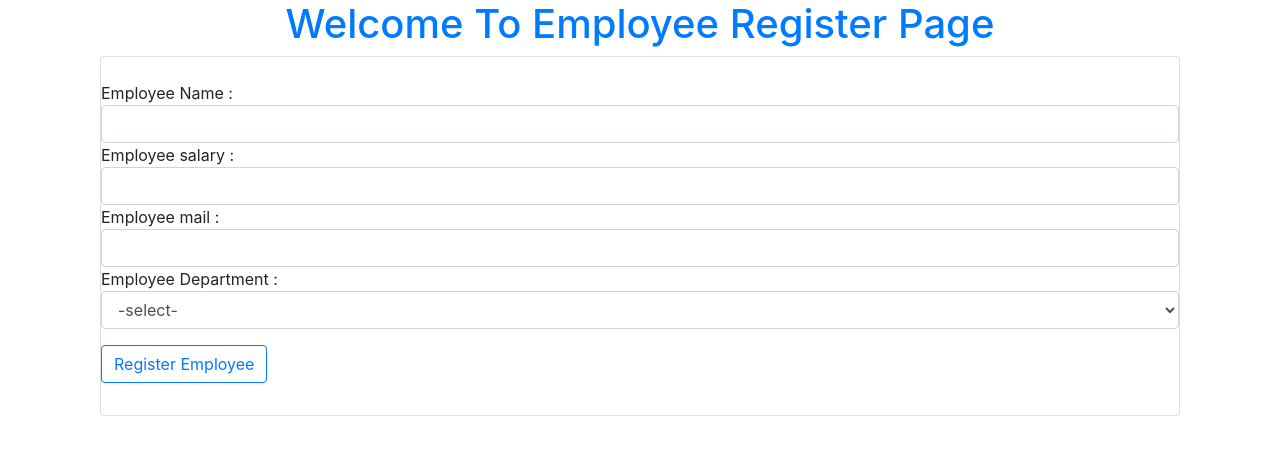
Repository: lokeshsukhwal/EmployeeMiniProject
Page: http://localhost/EmployeeRegister
The author's editor kept a copy of each file at every save. The page is drawn from the files as they stood at one save, then again after the next save.
The browser window is 1280 px wide. The pictures show the whole page.
The page is this project's Thymeleaf template; nobody is signed in. The template is opened directly, without the code that normally fills it, so the values that code supplies are empty.

Above is the page before, as saved 2023-01-18 10:33:28.

### SpringBootMvc-ThymeleafMySqlCrudMiniProject/src/main/resources/templates/EmployeeRegister.html
<!DOCTYPE html>
<html xmlns:th="https://www.thymeleaf.org/">
<head>
<meta charset="ISO-8859-1">
<title>Employee register page</title>
<!-- Latest compiled and minified CSS -->
<link rel="stylesheet" href="https://cdn.jsdelivr.net/npm/bootstrap@4.6.2/dist/css/bootstrap.min.css">
</head>
<body>
<div class="container">
	<h1 class=" text-primary text-center">Welcome To Employee Register Page</h1>
	<div class="container">
		<div class="card">
		<form th:action="@{/employee/save}" method="POST" class="mt-4 form">

			Employee Name : <input type="text" name="empName"class="form-control">

			Employee salary : <input type="text" name="empSalary"class="form-control">

			Employee mail : <input type="email" name="empMail"class="form-control">

			Employee Department : <select name="department" class="form-control">
										<option value="#">-select-</option>
										<option value="dev">DEV</option>
										<option value="ba">BA</option>
										<option value="qa">QA</option>
								  </select>

		<button type="submit" class="btn btn-outline-primary mt-3">Register Employee</button>

		</form>


		<h4 th:text="${message}" class="bg-success text-white mt-4 text-center"></h4>
	</div>
	</div>
	</div>

</body>
</html>

After the next save:
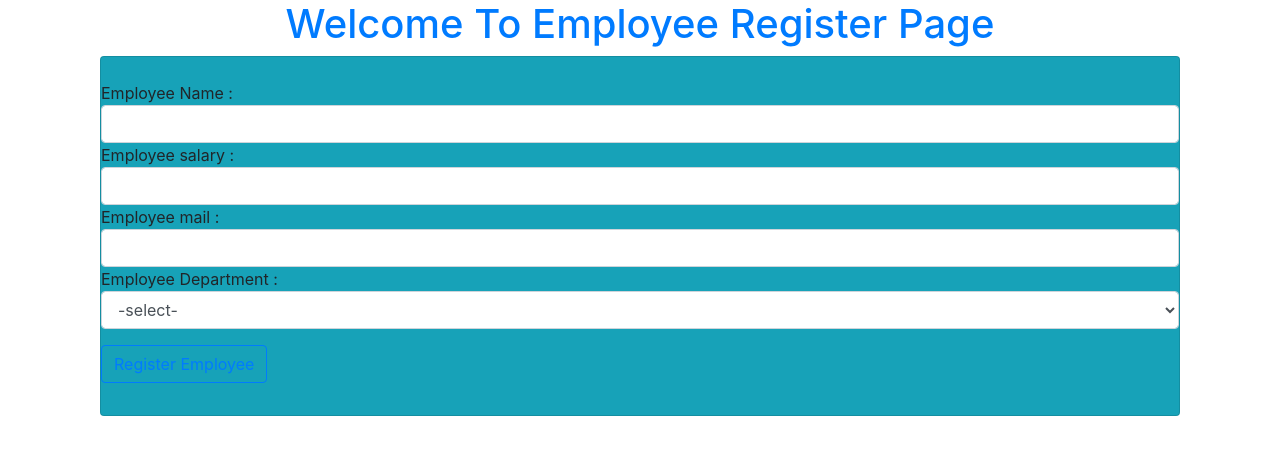
Saved 63 s later.
--- a/SpringBootMvc-ThymeleafMySqlCrudMiniProject/src/main/resources/templates/EmployeeRegister.html
+++ b/SpringBootMvc-ThymeleafMySqlCrudMiniProject/src/main/resources/templates/EmployeeRegister.html
@@ -10,7 +10,7 @@
 <div class="container">
 	<h1 class=" text-primary text-center">Welcome To Employee Register Page</h1>
 	<div class="container">
-		<div class="card">
+		<div class="card bg-info">
 		<form th:action="@{/employee/save}" method="POST" class="mt-4 form">
 
 			Employee Name : <input type="text" name="empName"class="form-control">

After the save that followed:
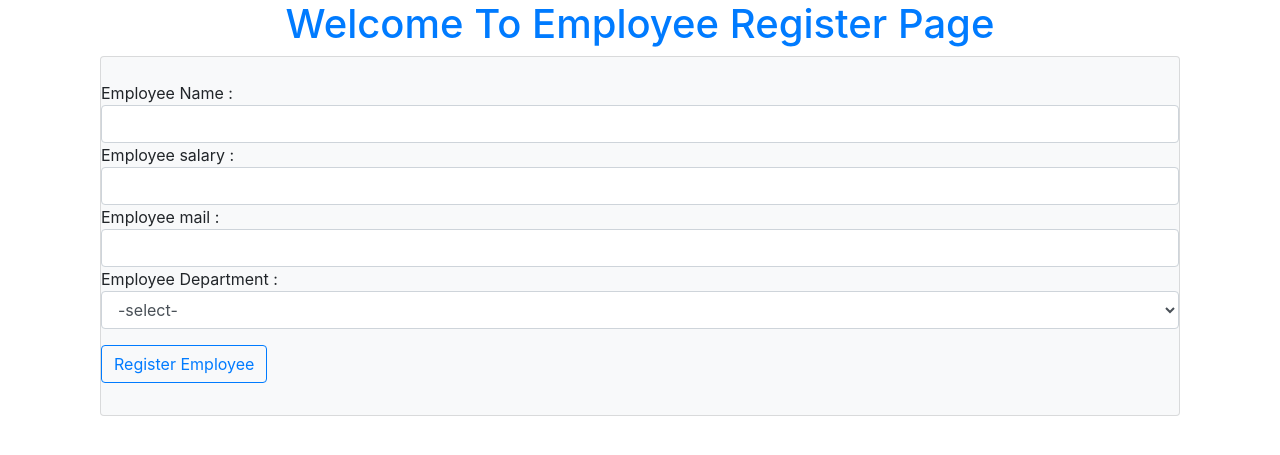
Saved 24 s later.
--- a/SpringBootMvc-ThymeleafMySqlCrudMiniProject/src/main/resources/templates/EmployeeRegister.html
+++ b/SpringBootMvc-ThymeleafMySqlCrudMiniProject/src/main/resources/templates/EmployeeRegister.html
@@ -10,7 +10,7 @@
 <div class="container">
 	<h1 class=" text-primary text-center">Welcome To Employee Register Page</h1>
 	<div class="container">
-		<div class="card bg-info">
+		<div class="card bg-light">
 		<form th:action="@{/employee/save}" method="POST" class="mt-4 form">
 
 			Employee Name : <input type="text" name="empName"class="form-control">
